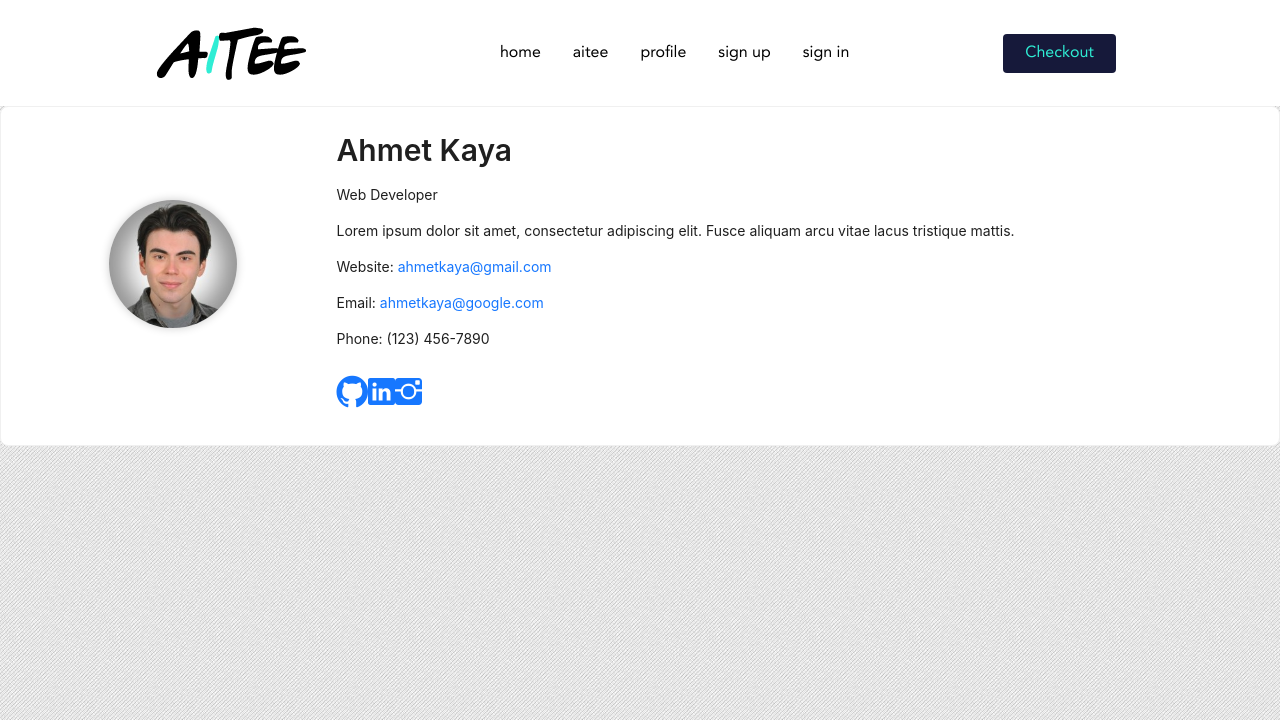
Repository: berkerugras/AITEE-FE
Page: /profile
These files come from the project's save history. The page is drawn as it stood at one moment and after the next save; the edit follows.
The browser window is 1280 px wide. The pictures show the whole page.
The project was rebuilt for these pictures with package versions that can differ from the ones it lists, and the page was loaded fresh each time. Also part of the build but not shown: src/components/background.js, src/3dmodel/Tees.js, src/pages/aitee.js, src/3dmodel/Tee.js, src/pages/home.js, src/pages/buttonTest.js, src/pages/cart.js, src/pages/signup.js and 1 more.

Above is the page before, as saved 2023-03-19 12:04:37.

After the next save:
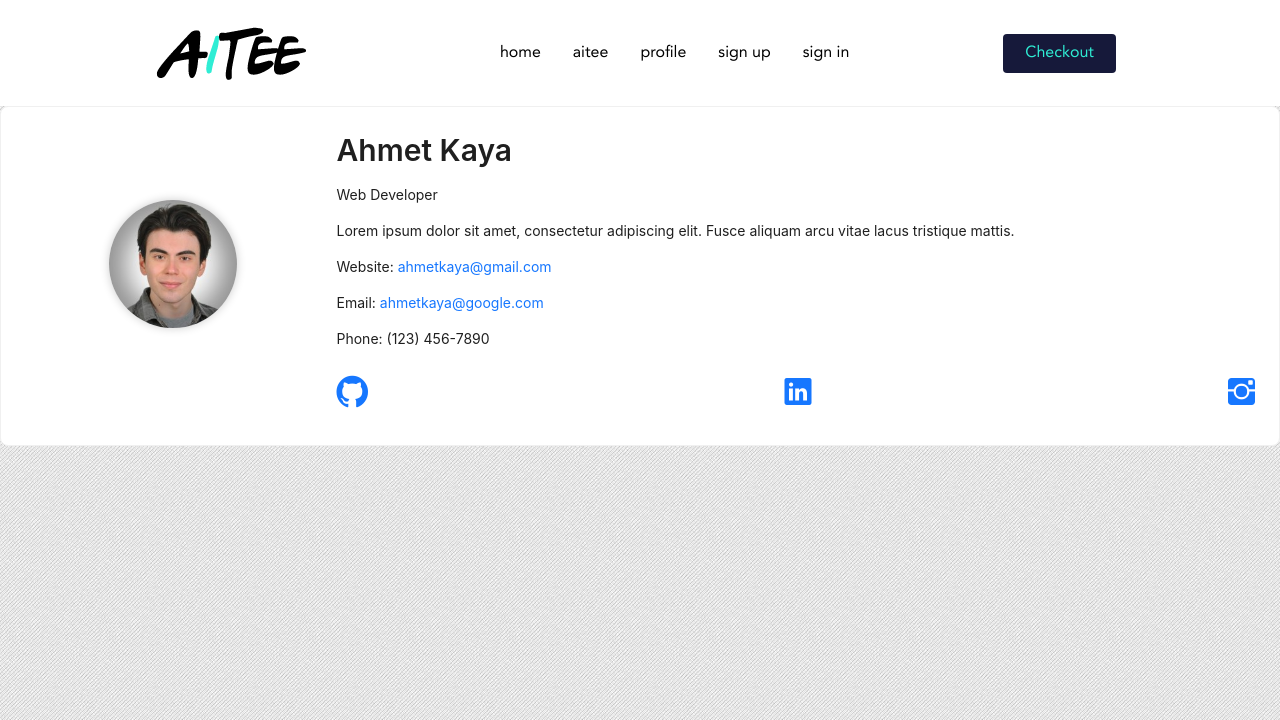
Saved 27 s later.
--- a/src/pages/profilePage.js
+++ b/src/pages/profilePage.js
@@ -31,7 +31,7 @@ const ProfilePage = () => {
             <Paragraph>Email: <a href="mailto:ahmetkaya@google.com">ahmetkaya@google.com</a></Paragraph>
             <Paragraph>Phone: (123) 456-7890</Paragraph>
             <div className="icons" style={{display:"flex",
-                                          justifyContent:"space-betweeb"}}>
+                                          justifyContent:"space-between"}}>
               <a href="https://github.com/egesevinc/"><i className="ion-social-github" style={{ fontSize: '36px' }}></i></a>
               <a href="https://www.linkedin.com/in/egesevincc"><i className="ion-social-linkedin" style={{ fontSize: '36px' }}></i></a>
               <a href="https://www.instagram.com/egessevinc/"><i className="ion-social-instagram" style={{ fontSize: '36px' }}></i></a>
